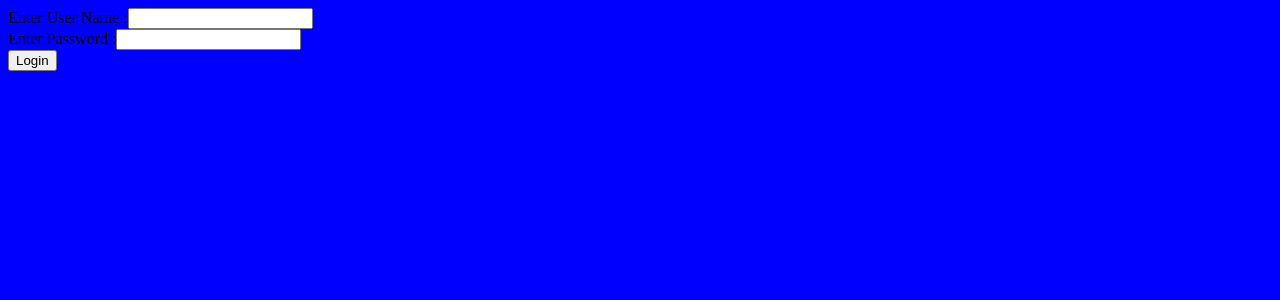
Repository: MyselfAman/Login_Page_Servlet
Page: http://localhost/Login_Page/login.jsp
The author's editor kept a copy of each file at every save. The page is drawn from the files as they stood at one save, then again after the next save.
The browser window is 1280 px wide. The pictures show the whole page.
The page is served by Tomcat 9. Other server files are loaded and not shown.

Above is the page before, as saved 2019-08-07 07:38:40.

### Login_Page/WebContent/login.jsp
<%@ page language="java" contentType="text/html; charset=ISO-8859-1"
    pageEncoding="ISO-8859-1"%>
<!DOCTYPE html>
<html>
<head>
<meta charset="ISO-8859-1">
<title>LearnToCode | Login</title>
 <link href="style.css" rel="stylesheet" type="text/css">
</head>
<body>
	<form action="login" class="login">
	 Enter User Name :<input type="text" name="username" ><br>
	  Enter Password :<input type="password" name="password"><br>
	  <input type="submit" value="Login">
	</form>
</body>
</html>

### Login_Page/WebContent/style.css
@charset "ISO-8859-1";

body{
	background-color: blue;
}

After the next save:
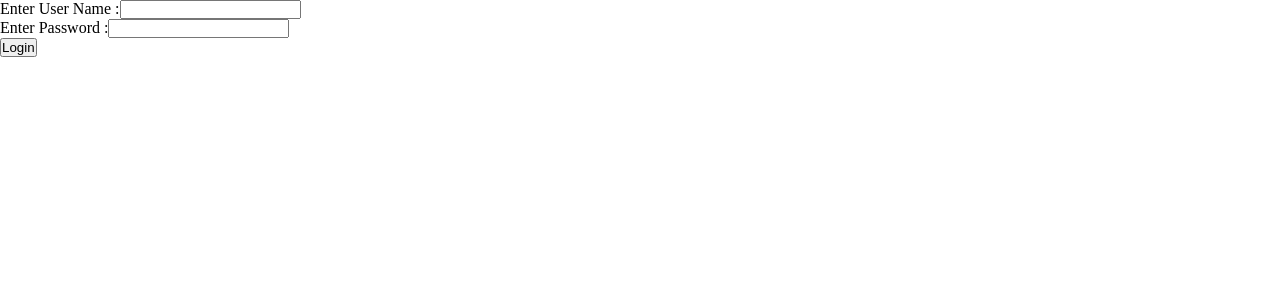
Saved 20 h 4 min later.
--- a/Login_Page/WebContent/style.css
+++ b/Login_Page/WebContent/style.css
@@ -1,5 +1,16 @@
 @charset "ISO-8859-1";
 
+
+*{
+	margin:0px;
+	padding:0px;
+}
+
 body{
-	background-color: blue;
+
 }
+
+.login{
+	top:50%;
+	left:50%;
+}
